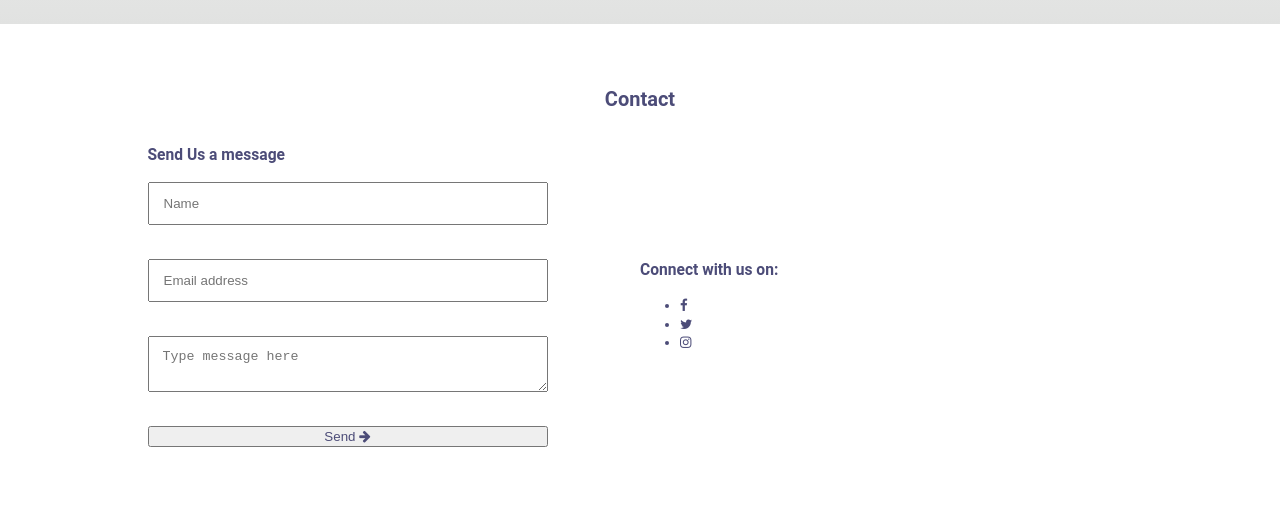
Repository: wisdomspine/emmatech-website
Page: index.html
An editor plug-in stored every save of this project. The page is shown before and after the next save, followed by the edit.
The browser window is 1280 px wide. The pictures show the part of the page from y = 1532 to 2057 px (the page is 2057 px tall).
A picture or video elsewhere on the page could not be fetched, so the positions and the page height are approximate.

Above is the page before, as saved 2020-11-02 12:22:56.

### index.html
<!DOCTYPE html>
<html lang="en">

<head>
    <meta charset="UTF-8">
    <meta name="viewport" content="width=device-width, initial-scale=1.0 max-scale=1.0">
    <title>Emmatech ICT</title>
    <link rel="stylesheet" href="./assets/styles/styles.css">
    <link rel="stylesheet" href="./assets/styles/home-slide.css">
    <link rel="stylesheet" href="./assets/styles/index.css">
    <link rel="stylesheet" href="https://stackpath.bootstrapcdn.com/font-awesome/4.7.0/css/font-awesome.min.css">
</head>

<body>
    <header class="header">
        <div class="container">
            <img src="./assets/images/logo.png" alt="">
            <nav>
                <ul>
                    <li>
                        <a href="#">Contact Us</a>
                    </li>
                    <li>
                        <a href="#">About</a>
                    </li>
                    <li>
                        <a href="#">Services</a>
                    </li>
                    <li>
                        <a href="#">Portfolio</a>
                    </li>
                </ul>
            </nav>
        </div>
    </header>

    <section class="home-slide">
        <div>
            <div class="container">
                <article>
                    <header>
                        <h1>Emmatech-Tech</h1>
                        <h2>Ict Services at it's best</h2>
                    </header>
                    <p>
                        Lorem ipsum dolor, sit amet consectetur adipisicing elit. Doloremque, quo. Pariatur minima ipsam
                        animi tempora quisquam blanditiis, numquam odit asperiores. Recusandae ad eaque nam quasi
                        sapiente voluptates iure tenetur sit.

                    </p>
                </article>
                <img src="./assets/images/slide/slide1.svg" alt="">
            </div>
        </div>
        <div>
            <div class="container">
                <article>
                    <header>
                        <h1>Emmatech-Tech</h1>
                        <h2>Ict Services at it's peak</h2>
                    </header>
                    <p>
                        Lorem ipsum dolor, sit amet consectetur adipisicing elit. Doloremque, quo. Pariatur minima ipsam
                        animi tempora quisquam blanditiis, numquam odit asperiores. Recusandae ad eaque nam quasi
                        sapiente voluptates iure tenetur sit.

                    </p>
                </article>
                <div>
                    <img src="./assets/images/slide/slide2.svg" alt="">
                </div>
            </div>
        </div>
        <div>
            <div class="container">
                <article>
                    <header>
                        <h1>Emmatech-Tech</h1>
                        <h2>Ict Services at it's great</h2>
                    </header>
                    <p>
                        Lorem ipsum dolor, sit amet consectetur adipisicing elit. Doloremque, quo. Pariatur minima ipsam
                        animi tempora quisquam blanditiis, numquam odit asperiores. Recusandae ad eaque nam quasi
                        sapiente voluptates iure tenetur sit.

                    </p>
                </article>
                <div>
                    <img src="./assets/images/slide/slide3.svg" alt="">
                </div>
            </div>
        </div>
    </section>
    <section class="service-section">
        <div class="container">
            <h2 class="text-center">
                Services
            </h2>
            <div class="home-services">
                <figure>
                    <img src="./assets/images/systme-installation.png" alt="">
                    <figcaption>
                        System Installation and Maintenance
                    </figcaption>
                </figure>
                <figure>
                    <img src="./assets/images/systme-installation.png" alt="">
                    <figcaption>
                        System Installation and Maintenance
                    </figcaption>
                </figure>
                <figure>
                    <img src="./assets/images/systme-installation.png" alt="">
                    <figcaption>
                        System Installation and Maintenance
                    </figcaption>
                </figure>
            </div>

            <a href="#" class="button outline accent readmore">
                Readmore
            </a>
        </div>
    </section>
    <section class="home-portfolio">
        <div class="container">
            <header>
                <h2 class="text-center">
                    Portfolio
                </h2>
                <p class="text-center">
                    Take a glimpse of our solutions
                </p>
            </header>
            <div class="content">
                <figure>
                    <img src="https://images.unsplash.com/photo-1557597774-9d273605dfa9?ixlib=rb-1.2.1&ixid=eyJhcHBfaWQiOjEyMDd9&auto=format&fit=crop&w=500&q=80&h=500"
                        alt="">
                    <figcaption>
                        <h3>Installation of CCTV cameras in TA'AL E-Library</h3>
                        <a href="#" class="button filled accent">View Case</a>
                    </figcaption>
                </figure>
                <figure>
                    <img src="https://images.unsplash.com/photo-1557597774-9d273605dfa9?ixlib=rb-1.2.1&ixid=eyJhcHBfaWQiOjEyMDd9&auto=format&fit=crop&w=500&q=80&h=500"
                        alt="">
                    <figcaption>
                        <h3>Installation of CCTV cameras in TA'AL E-Library</h3>
                        <a href="#" class="button filled accent">View Case</a>
                    </figcaption>
                </figure>
                <figure>
                    <img src="https://images.unsplash.com/photo-1557597774-9d273605dfa9?ixlib=rb-1.2.1&ixid=eyJhcHBfaWQiOjEyMDd9&auto=format&fit=crop&w=500&q=80&h=500"
                        alt="">
                    <figcaption>
                        <h3>Installation of CCTV cameras in TA'AL E-Library</h3>
                        <a href="#" class="button filled accent">View Case</a>
                    </figcaption>
                </figure>
                <figure>
                    <img src="https://images.unsplash.com/photo-1557597774-9d273605dfa9?ixlib=rb-1.2.1&ixid=eyJhcHBfaWQiOjEyMDd9&auto=format&fit=crop&w=500&q=80&h=500"
                        alt="">
                    <figcaption>
                        <h3>Installation of CCTV cameras in TA'AL E-Library</h3>
                        <a href="#" class="button filled accent">View Case</a>
                    </figcaption>
                </figure>
            </div>
        </div>
    </section>
    <section class="home-contact">
        <div class="container">
            <h2 class="text-center">
                Contact
            </h2>
            <div class="home-contact-content">
                <div>
                    <div>
                        <h3>Send Us a message</h3>
                        <form action="#" method="POST">
                            <div>
                                <input type="text" placeholder="Name" required>
                            </div>
                            <div>
                                <input type="email" name="" id="" placeholder="Email address" required>
                            </div>
                            <div>
                                <textarea required placeholder="Type message here"></textarea>
                            </div>
                            <div>
                                <button type="submit">Send <span class="fa fa-arrow-right"></span></button>
                            </div>
                        </form>
                    </div>
                </div>
                <div>
                    <h3>Connect with us on:</h3>
                    <ul>
                        <li>
                            <a href="#"><span class="fa fa-facebook"></span></a>
                        </li>
                        <li>
                            <a href="#"><span class="fa fa-twitter"></span></a>
                        </li>
                        <li>
                            <a href="#"><span class="fa fa-instagram"></span></a>
                        </li>
                    </ul>
                </div>
            </div>
        </div>
    </section>
</body>
<script>
    const divs = document.querySelectorAll(".home-slide > div");
    let current = 0;
    divs.forEach(e => {
        e.style.display = "none";
    })
    divs[(current++) % divs.length].style.display = "block";
    setInterval(function () {
        divs.forEach(e => {
            e.style.display = "none";
        })
        divs[(current++) % divs.length].style.display = "block";
    }, 10000)
</script>

</html>

### assets/styles/styles.css
@import "./preset.css";
@import "./page-header.css";

.container {
  max-width: 1170px;
  margin-left: auto;
  margin-right: auto;
}

.text-center{
  text-align: center;
}

.button{
  font-size: 14px;
  line-height: 21px;
  padding: 10px  14px;
  border-radius: 100px;
}

.button.filled.accent{
  background-color: var(--accent-color);
  color: white;
}

.button.outline.accent{
  border-color: var(--accent-color);
  border-width: 1px;
  border-style: solid;
  color: var(--accent-color);
}

### assets/styles/home-slide.css
@import "./variables.css";

@keyframes slide-article {
  0% {
    opacity: 0;
    position: relative;
    top: -90px;
    left: -150px;
  }

  5.5% {
    opacity: 1;
    position: relative;
    top: 0px;
    left: 0px;
  }

  90.8% {
    opacity: 1;
    position: relative;
    top: 0px;
    left: 0px;
  }

  100% {
    opacity: 0;
    position: relative;
    top: 90px;
    left: -150px;
  }
}

@keyframes slide-img {
  0% {
    opacity: 0;
    position: relative;
    top: 350px;
  }

  5.5% {
    opacity: 1;
    position: relative;
    top: 0px;
  }

  90.8% {
    opacity: 1;
    position: relative;
    top: 0px;
  }

  100% {
    opacity: 0;
    position: relative;
    top: 350px;
  }
}


.home-slide {
  height: calc(100vh - var(--header-height));
  overflow: hidden;
  background: url("../images/Confetti-Doodles.svg");
  background-size: contain;
}

.home-slide>div {
  height: 100%;
}

.home-slide>div .container {
  height: 100%;
}

.home-slide .container {
  display: flex;
  flex-flow: row nowrap;
  align-items: center;
  justify-content: space-between;
}

.home-slide .container img {
  max-width: 500px;
  animation-name: slide-img;
  animation-duration: var(--slide-animation-duration);
}

.home-slide .container article {
  max-width: 500px;
  align-self: flex-start;
  margin-top: 70px;
}

.home-slide .container article h1 {
  font-size: 24px;
  margin-bottom: 0px;
}

.home-slide .container article h2 {
  margin-top: 0px;
  opacity: 0.6;
  font-weight: 400;
  font-size: 17px;
  color: var(--accent-link-color);
}

.home-slide .container article {}

.home-slide .container article:not(:hover) {
  animation-name: slide-article;
  animation-duration: var(--slide-animation-duration);
}

.home-slide .container article p {
  font-size: 17px;
  font-weight: lighter;
  line-height: 26px;
}

### assets/styles/index.css
@import "./variables.css";

.service-section{
    background-color:white;
    padding-top: 84px;
    padding-bottom: 134px;
}

.home-services{
    display: flex;
    flex-flow: row nowrap;
    justify-content: space-between;
    align-items: flex-start;
    margin-top: 30px;;
}

.home-services figure{
    display: flex;
    flex-flow: column nowrap;
    align-items: center;
}

.home-services figure figcaption{
    font-size: 18px;
    line-height: 27px;
}

.service-section .readmore{
    float: right;
    margin-top: 24px;
}

.home-portfolio .content{
    display: flex;
    flex-direction: row;
    flex-wrap: nowrap;
    justify-content: space-between;
    overflow-x: hidden;
    height: 250px;
    margin-left: -20px;
}
.home-portfolio .content figure{
    height: 100%;
    position: relative;
    margin: 0px;
    margin-left: 30px;
    border-radius: 300px;
    overflow: hidden;

}

.home-portfolio .content figure img{
    max-height: 100%;
    border-radius: inherit;
}

.home-portfolio {
    padding-top: 18px;
    padding-bottom: 44px;
    background: linear-gradient(to bottom, white, var(--bg-color));
}

.home-portfolio header>p{
    margin-bottom: 34px;
}

.home-portfolio .content figure figcaption{
    height: 100%;
    position: absolute;
    top: 0;
    display: flex;
    flex-flow: column;
    flex-wrap: nowrap;
    justify-content: center;
    padding: 14px;
    backdrop-filter: brightness(40%);
    align-items: center;
    border-radius: inherit;
    transition: all  1s;


}

.home-portfolio .content figure:not(:hover)  figcaption{
    opacity: 0;
}

.home-portfolio .content figure figcaption h3{
    color: #ffffff;
    text-align: center;
    line-height: 1.8;
}

.home-contact{
    background-color: #ffffff;
    padding: 44px 0px;
}

.home-contact .home-contact-content{
    display: flex;
    flex-flow: row nowrap;
    justify-content: space-around;
    align-items: center;
}
.home-contact .home-contact-content>div{
    width: 50%;
}

.home-contact .home-contact-content>div:first-child{
    display: flex;
    flex-flow: column nowrap;
    align-items: center;

}

.home-contact .home-contact-content>div:first-child>div{
    max-width: 500px;
    min-width: 400px;
}

.home-contact .home-contact-content>div:first-child form{
    display: flex;
    flex-flow: column nowrap;
    align-items: stretch;
}

.home-contact .home-contact-content>div:first-child form div{
    display: flex;
    flex-flow: column nowrap;
    align-items: stretch;
}

.home-contact .home-contact-content>div:first-child form div{
    margin-bottom: 34px;
}

input, textarea{
    padding: 12px 14px;
}

### assets/styles/preset.css
/* @font-face {
  font-family: "Roboto";
  src: "../fonts/Roboto /Roboto-Regular.ttf";
} */
@import "./variables.css";

* {
  box-sizing: border-box;
  text-rendering: optimizeLegibility;
  -webkit-font-smoothing: antialiased;
  -moz-osx-font-smoothing: grayscale;
  font-kerning: auto;
  color: var(--text-color);
}

html {
  font-size: 10pt;
  line-height: 1.4;
  font-weight: 400;
  font-family: "Roboto";
  -webkit-text-size-adjust: 100%;
}

body {
  margin: 0;
  background-color: var(--bg-color);
}

a,
a:hover,
a:active,
a:focus {
  text-decoration: none;
}

### assets/styles/page-header.css
@import "./variables.css";
.header {
  display: flex;
  flex-flow: row nowrap;
  justify-content: space-between;
  padding: var(--padding-large);
  height: var(--header-height);
  overflow: hidden;
  background-color: var(--card-color);
}

.header .container {
  display: flex;
  flex-flow: row nowrap;
  justify-content: space-between;
}

.header img {
  display: inline-block;
  height: 100%;
}

.header nav ul {
  list-style: none;
  display: flex;
  flex-flow: row nowrap;
  padding: 0;
  margin: 0;
}

.header nav ul li {
  padding: var(--padding-mid);
}

.header nav ul a {
  color: var(--accent-link-color);
}
.header nav ul a:hover {
  opacity: 0.9;
}

### assets/styles/variables.css
:root {
  --bg-color: #e1e2e1;
  --padding-large: 24px;
  --padding-mid: 18px;
  --header-height: 100px;
  --card-color: #ffffff;
  --accent-link-color: #ed459c;
  --accent-color: #ed459c;

  --text-color: #4C4C78;
  --slide-animation-duration: 10s;
}

Loaded but not shown: assets/images/slide/slide1.svg (1 lines, source omitted)

After the next save:
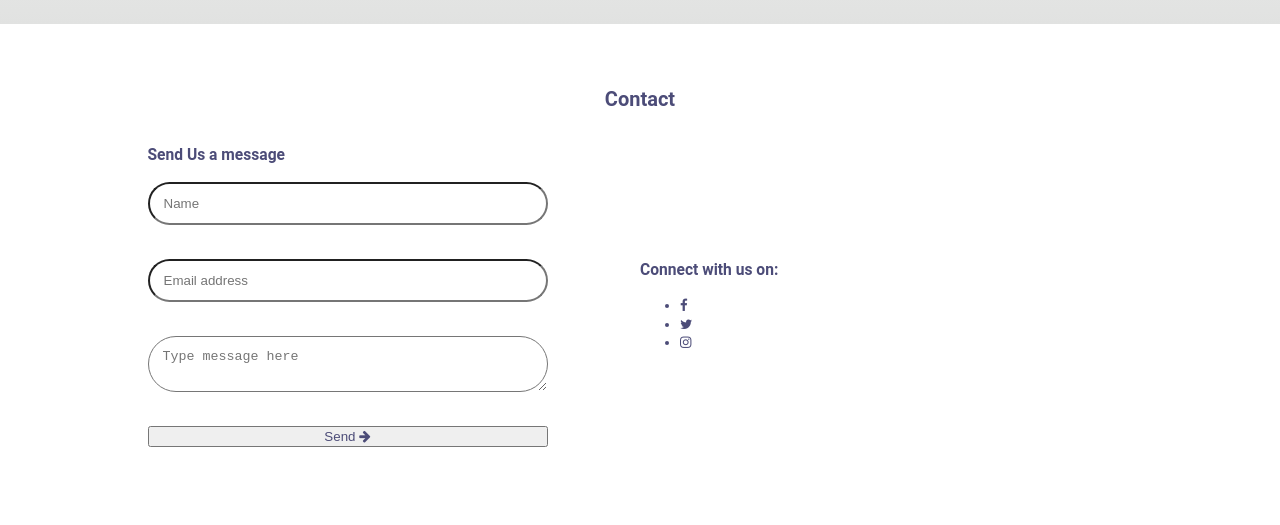
Saved 43 s later.
--- a/assets/styles/index.css
+++ b/assets/styles/index.css
@@ -136,4 +136,5 @@
 
 input, textarea{
     padding: 12px 14px;
+    border-radius: 100px;
 }
